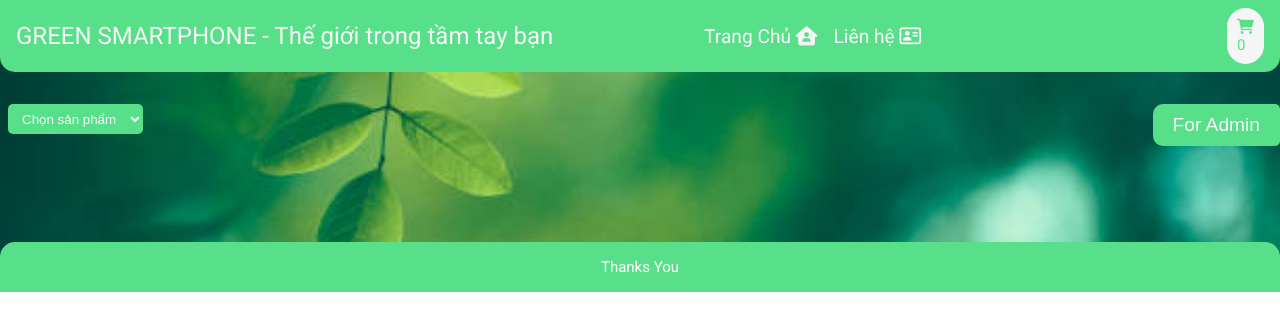
Repository: NguyenVietPhuQuy/Project2
Page: HKShop/index.html
The author's editor kept a copy of each file at every save. The page is drawn from the files as they stood at one save, then again after the next save.
The browser window is 1280 px wide. The pictures show the whole page.
The page's requests for data from a server got no answer. Some web libraries are served in a nearby version.

Above is the page before, as saved 2022-11-02 20:06:00.

After the next save:
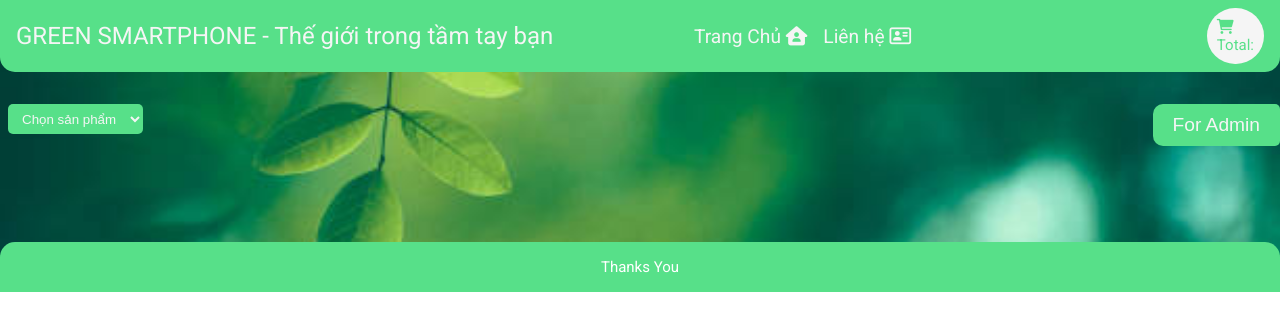
Saved 49 s later.
--- a/HKShop/Js/Main/index.js
+++ b/HKShop/Js/Main/index.js
@@ -163,7 +163,7 @@ function renderToTal() {
     });
     console.log(totalPrice)
     document.getElementById("priceTotal").innerHTML = '$' + totalPrice;
-    document.getElementById('totalItem').innerHTML = totalItem;
+    document.getElementById('totalItem').innerHTML ="Total:", totalItem;
 }
 
 window.addToCart = addToCart;
